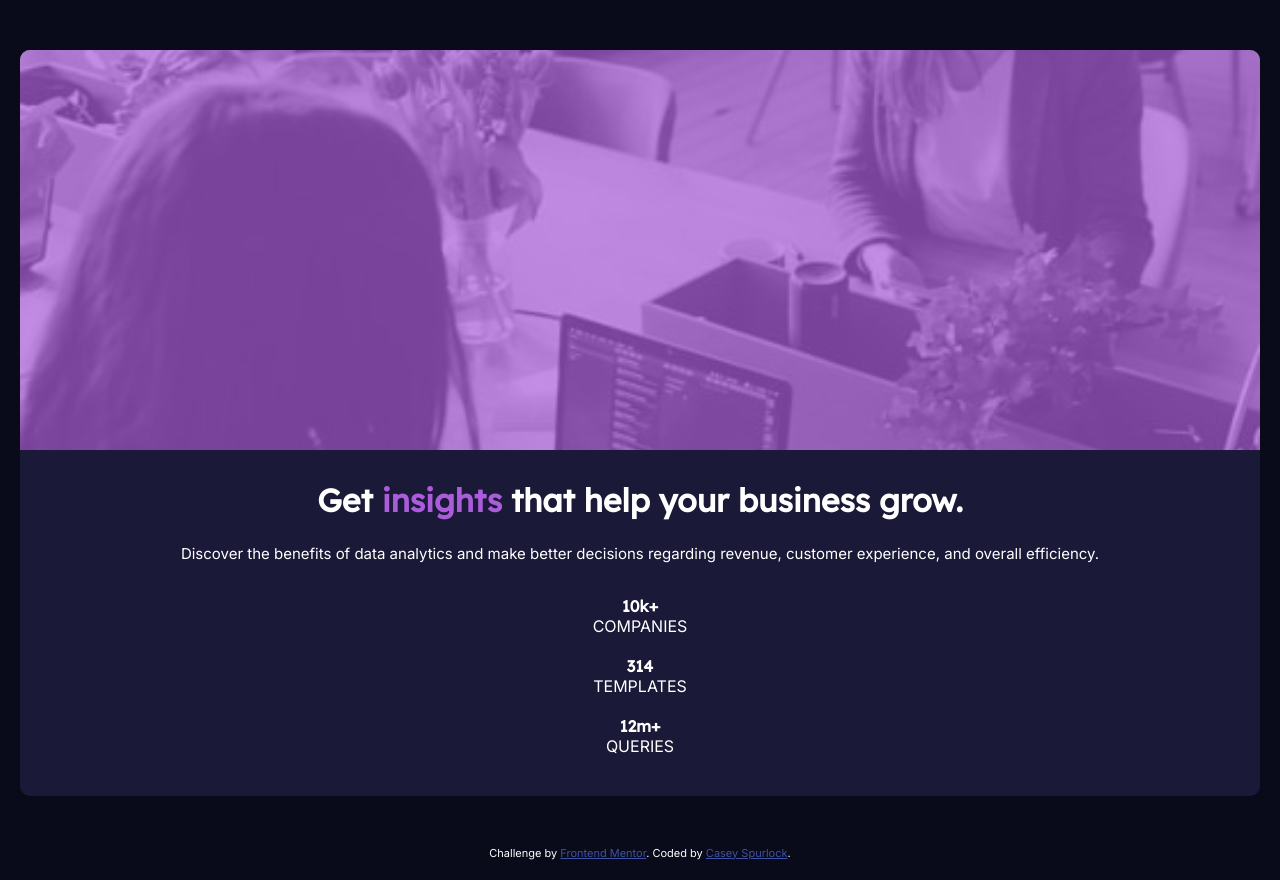
Repository: CaseySpurlock/stats-prewiew-component
Page: index.html
These files come from the project's save history. The page is drawn as it stood at one moment and after the next save; the edit follows.
The browser window is 1280 px wide. The pictures show the whole page.

Above is the page before, as saved 2021-06-22 01:41:53.

After the next save:
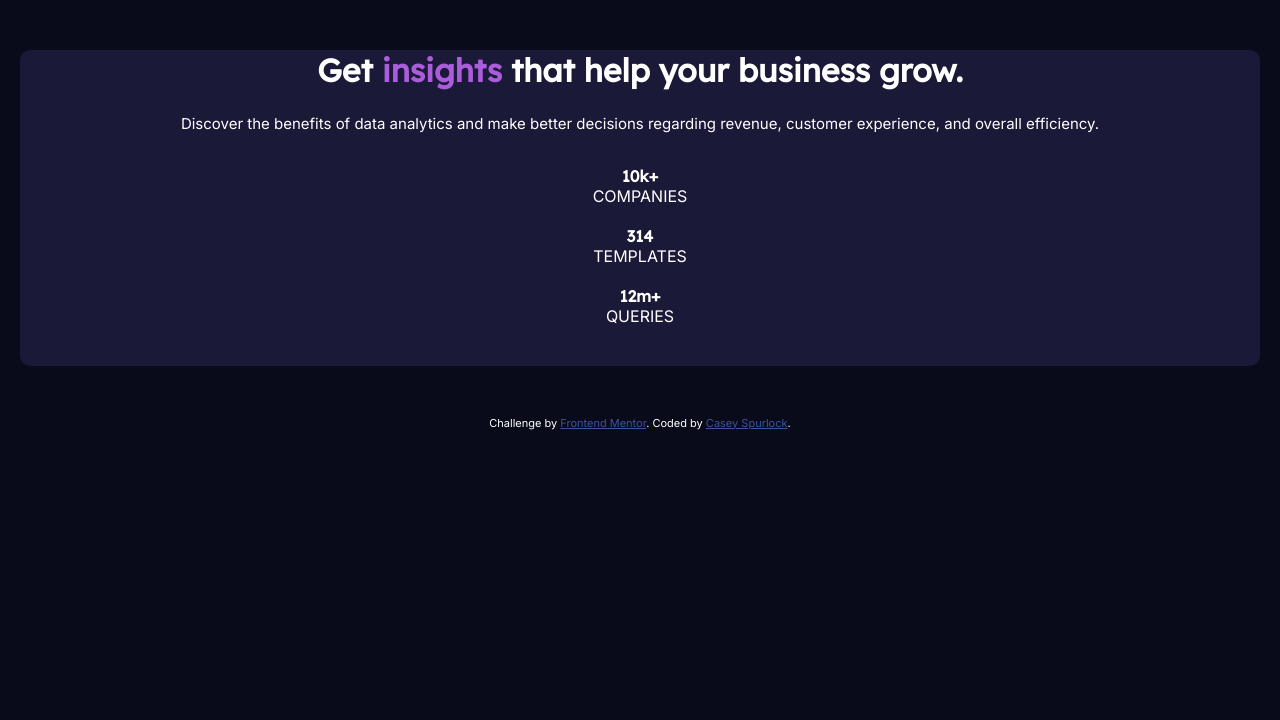
Saved 58 s later.
--- a/styles.css
+++ b/styles.css
@@ -96,4 +96,8 @@
         background: url(./images/image-header-desktop.jpg) no-repeat center/cover;
         height: auto;
     }
+
+    .container .picture .overlay {
+        height: auto;
+    }
 }

After the save that followed:
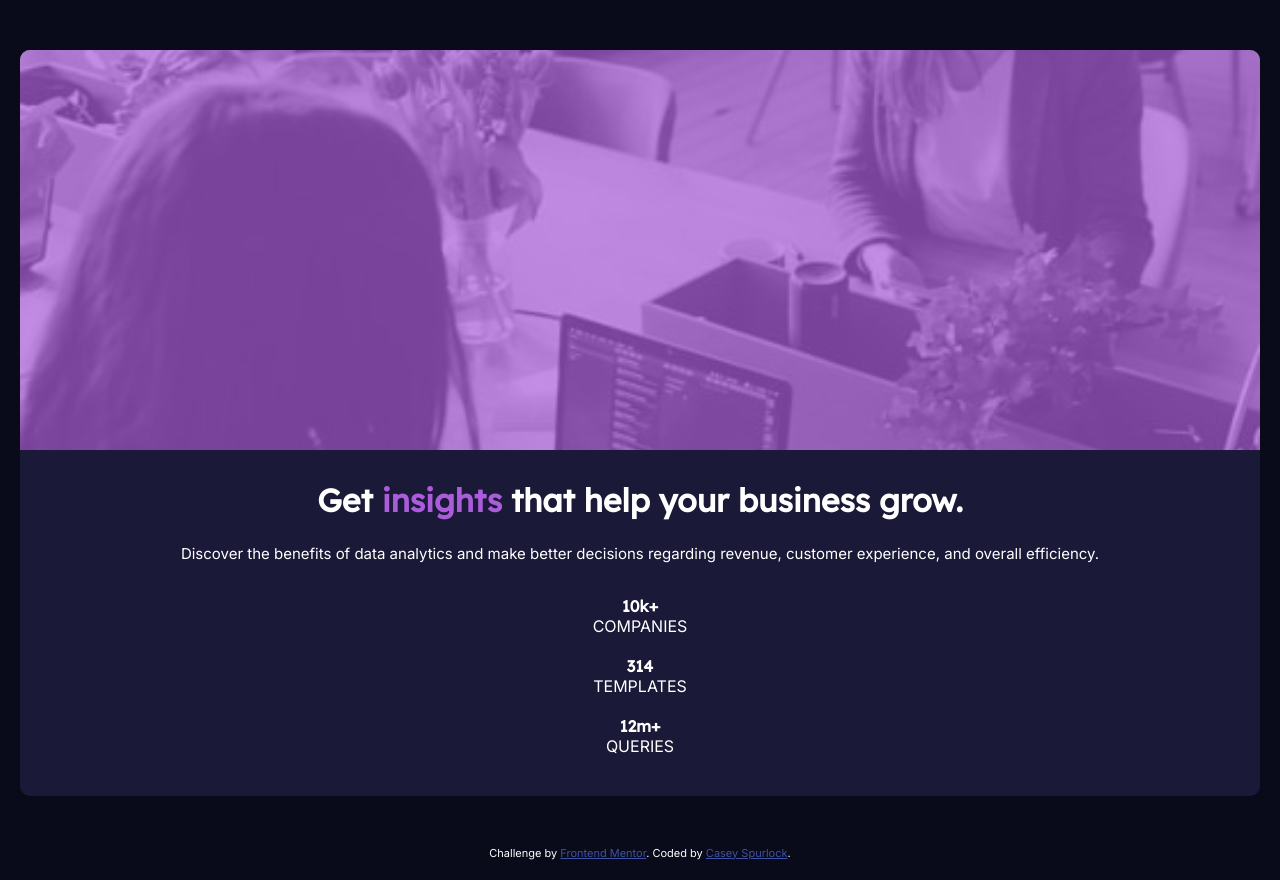
Saved 33 s later.
--- a/styles.css
+++ b/styles.css
@@ -94,10 +94,10 @@
 @media (min-width: 768px) {
     .container .picture {
         background: url(./images/image-header-desktop.jpg) no-repeat center/cover;
-        height: auto;
+        /* height: auto; */
     }
 
     .container .picture .overlay {
-        height: auto;
+        /* height: auto; */
     }
 }
